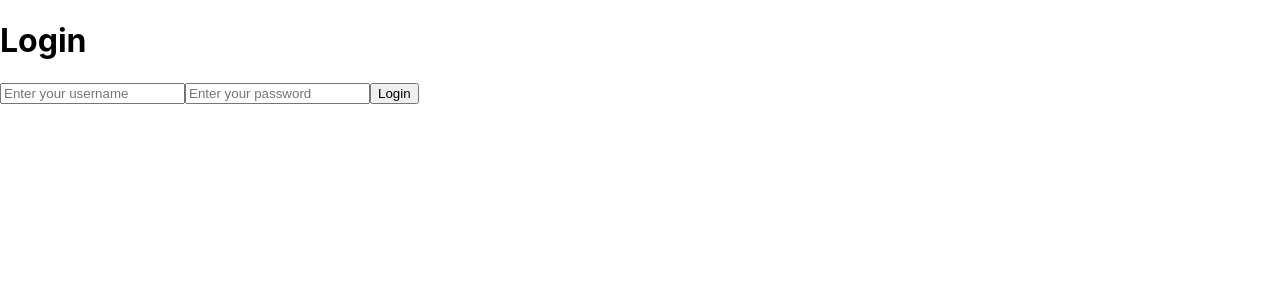
Repository: Jay1161/FSWD
Page: / (app in Week-7/task-1/task1/)
An editor plug-in stored every save of this project. The page is shown before and after the next save, followed by the edit.
The browser window is 1280 px wide. The pictures show the whole page.
The project was rebuilt for these pictures with package versions that can differ from the ones it lists, and the page was loaded fresh each time.

Above is the page before, as saved 2023-08-27 12:24:02.

After the next save:
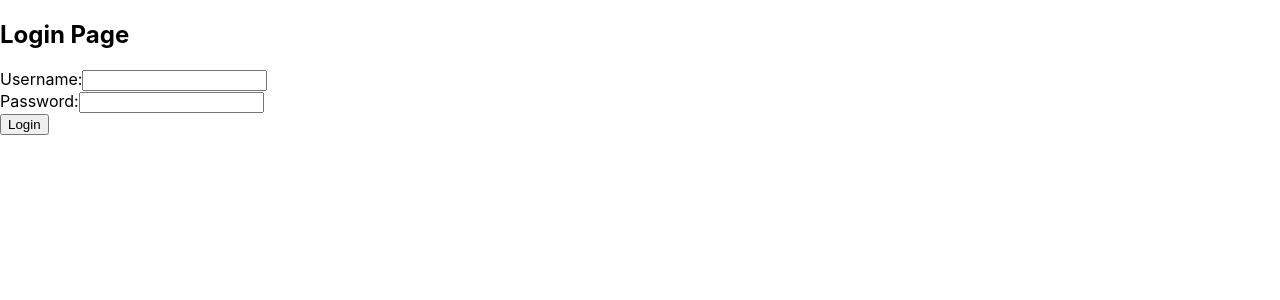
Saved 90 s later.
--- a/Week-7/task-1/task1/src/login.jsx
+++ b/Week-7/task-1/task1/src/login.jsx
@@ -1,61 +1,61 @@
-import React, { useState, useEffect } from "react";
-import { Form, FormControl, Input, Button } from "react-bootstrap";
+import React, { useState } from 'react';
 
-const Login = () => {
-  const [username, setUsername] = useState("");
-  const [password, setPassword] = useState("");
-  const [error, setError] = useState("");
+const LoginPage = () => {
+  const [username, setUsername] = useState('');
+  const [password, setPassword] = useState('');
+  const [error, setError] = useState('');
+  const [loginSuccess, setLoginSuccess] = useState(false);
 
-  const handleSubmit = async (e) => {
-    e.preventDefault();
+  const handleUsernameChange = (event) => {
+    setUsername(event.target.value);
+  };
 
-    // Validate username and password
-    if (username === "" || password === "") {
-      setError("Please enter a username and password");
-      return;
-    }
+  const handlePasswordChange = (event) => {
+    setPassword(event.target.value);
+  };
 
-    // Make a POST request to the server to login the user
-    const response = await fetch("/api/login", {
-      method: "POST",
-      headers: {
-        "Content-Type": "application/json",
-      },
-      body: JSON.stringify({ username, password }),
-    });
+  const handleSubmit = (event) => {
+    event.preventDefault();
 
-    // Check if the login was successful
-    if (response.status === 200) {
-      // Redirect the user to the home page
-      window.location.href = "/";
+    if (username === 'your_username' && password === 'your_password') {
+      setLoginSuccess(true);
+      setError('');
     } else {
-      setError("Invalid username or password");
+      setError('Invalid username or password');
+      setLoginSuccess(false);
     }
   };
 
   return (
-    <Form onSubmit={handleSubmit}>
-      <h1>Login</h1>
-      <FormControl
-        label="Username"
-        type="text"
-        placeholder="Enter your username"
-        value={username}
-        onChange={(e) => setUsername(e.target.value)}
-      />
-      <FormControl
-        label="Password"
-        type="password"
-        placeholder="Enter your password"
-        value={password}
-        onChange={(e) => setPassword(e.target.value)}
-      />
-      <Button variant="primary" type="submit">
-        Login
-      </Button>
-      {error && <p className="text-danger">{error}</p>}
-    </Form>
+    <div>
+      <h2>Login Page</h2>
+      <form onSubmit={handleSubmit}>
+        <div>
+          <label>Username:</label>
+          <input
+            type="text"
+            value={username}
+            onChange={handleUsernameChange}
+            required
+          />
+        </div>
+        <div>
+          <label>Password:</label>
+          <input
+            type="password"
+            value={password}
+            onChange={handlePasswordChange}
+            required
+          />
+        </div>
+        <div>
+          <button type="submit">Login</button>
+        </div>
+        {error && <p style={{ color: 'red' }}>{error}</p>}
+        {loginSuccess && <p style={{ color: 'green' }}>Login successful!</p>}
+      </form>
+    </div>
   );
 };
 
-export default Login;
+export default LoginPage;
